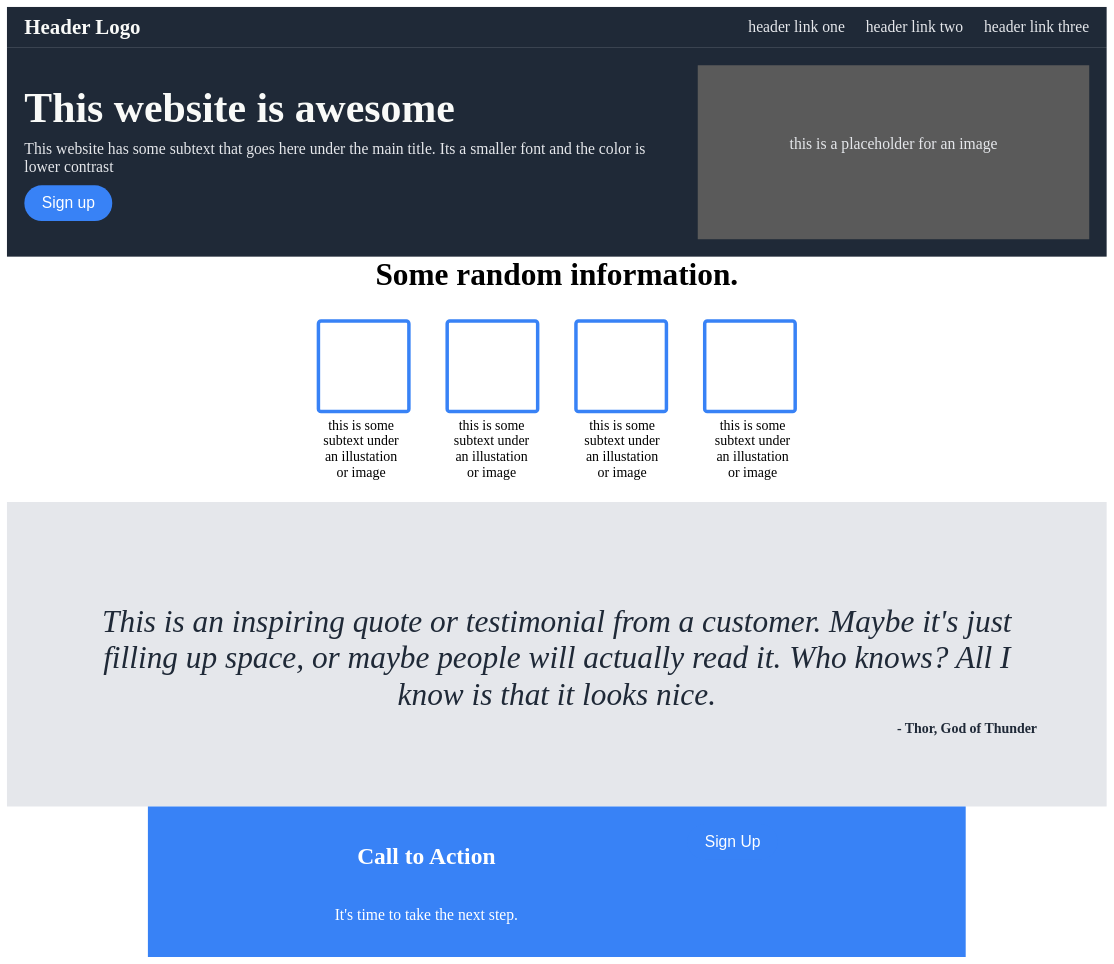
Repository: mnhardy1504/odin-recipes1
Page: flexboxlanding/index.html
These files come from the project's save history. The page is drawn as it stood at one moment and after the next save; the edit follows.
The browser window is 1280 px wide. The pictures show the whole page, at 87% of full size.

Above is the page before, as saved 2023-09-15 13:29:45.

After the next save:
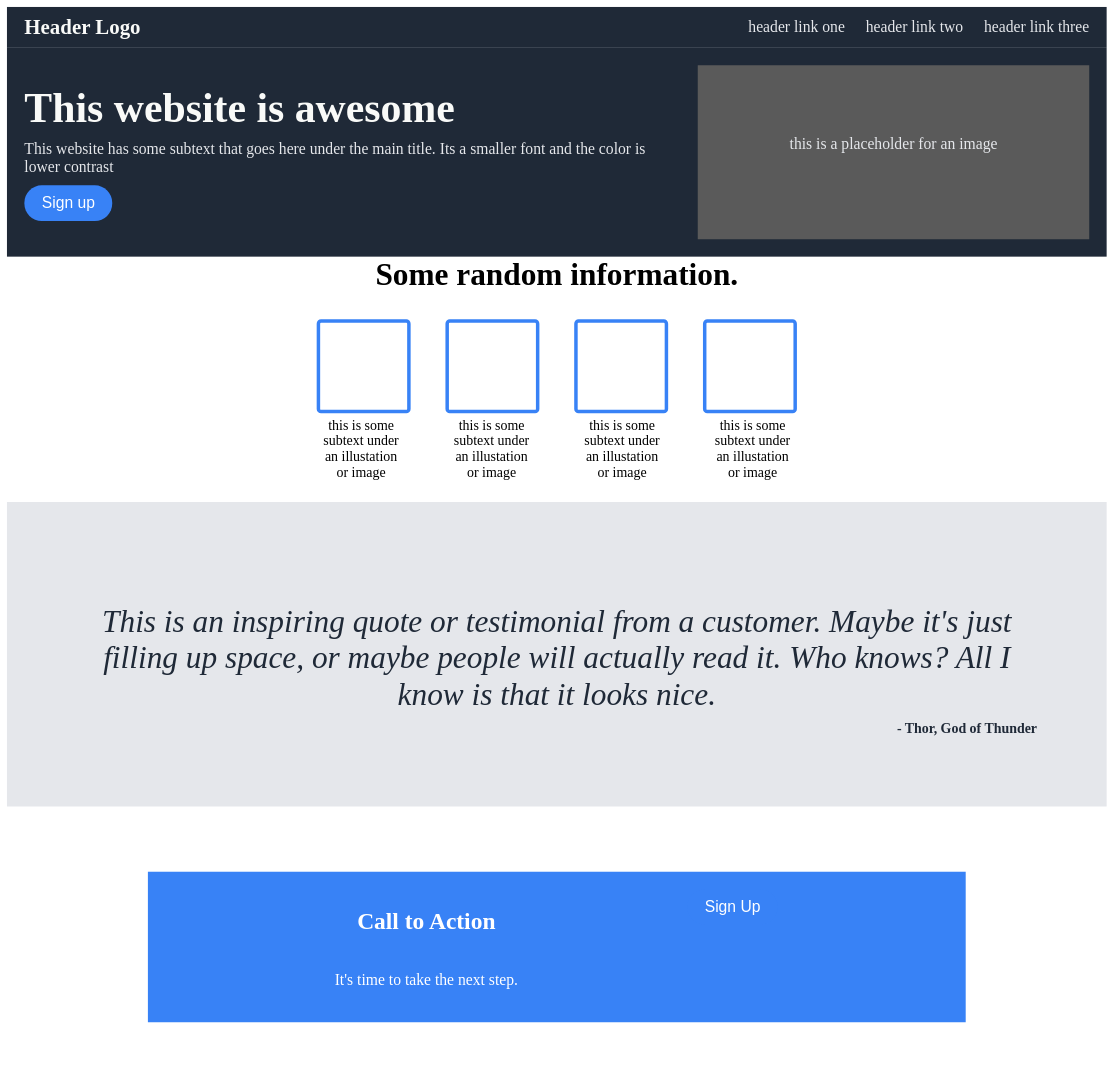
Saved 4 min 33 s later.
--- a/flexboxlanding/index.css
+++ b/flexboxlanding/index.css
@@ -136,7 +136,7 @@ h1 {
     background-color: #3882F6; /* White background for the container */
     padding: 20px;
     width: 900px;
-    margin: 0 auto;
+    margin: 75px auto;
 }
 
 .call-to-action-content {
